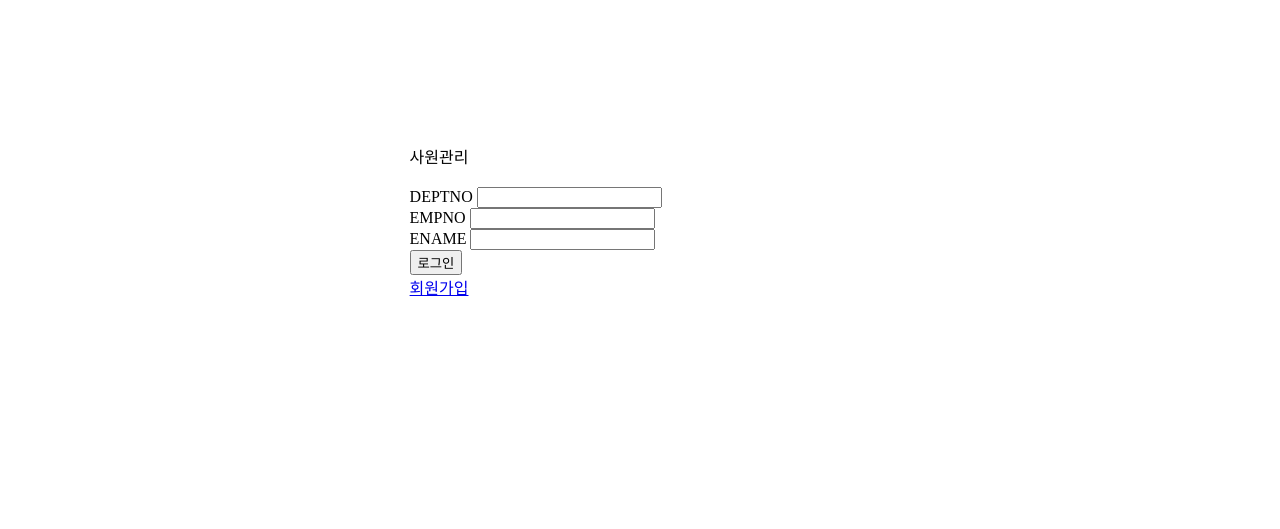
Repository: rmsgh2392/jee-company
Page: http://localhost/company/facade.do
The author's editor kept a copy of each file at every save. The page is drawn from the files as they stood at one save, then again after the next save.
The browser window is 1280 px wide. The pictures show the whole page.
The page is served by Tomcat 9. Other server files are loaded and not shown.

Above is the page before, as saved 2019-10-07 10:14:20.

### company/WebContent/WEB-INF/views/facade/main.jsp
<%@ page language="java" contentType="text/html; charset=UTF-8"
    pageEncoding="UTF-8"%>
<%@taglib prefix="e" uri="http://java.sun.com/jsp/jstl/core"%>
<jsp:include page="../common/head.jsp"/>
<div class="container">
<div></div> <div>사원관리</div> <div></div>
<div></div>
<div class="content">
<e:choose>
	<e:when test="${page eq 'login'}">
		<jsp:include page="login.jsp"/>
	</e:when>
	<e:when test="${page eq 'join'}">
		<jsp:include page="join.jsp"/>
	</e:when>
	<e:when test="${page eq 'mypage'}">
		<jsp:include page="mypage.jsp"/>
	</e:when>
</e:choose>
</div>
<div></div>
<div></div>
<div></div>
<div></div>
</div>
<jsp:include page="../common/foot.jsp"/>
<script>
app.init('${ctx}');
</script>

### company/WebContent/WEB-INF/views/common/head.jsp
<%@ page language="java" contentType="text/html; charset=UTF-8"
    pageEncoding="UTF-8"%>
<!DOCTYPE html>
<html>
<head>
<meta charset="UTF-8">
<title>Insert title here</title>
<script src="${js}/jquery.js"></script>
<link rel="stylesheet" type="text/css" href="${css}/style.css"/></link>
<script src="${js}/app.js"></script>
</head>
<body>
<div class="wrapper">
<div></div> <div></div> <div></div>
<div></div>

### company/WebContent/WEB-INF/views/facade/login.jsp
<%@ page language="java" contentType="text/html; charset=UTF-8"
    pageEncoding="UTF-8"%>
<div></div><div></div>
<div></div><div></div>
<div>
<form id="login_form">
	<div id="login_tab">
		<div id="login_tab_item_1">
			DEPTNO <input id="deptname" class="login_text" type="text" name="deptNo"/>
		</div>
		<div id="login_tab_item_2">
			EMPNO <input id="username" class="login_text" type="text" name="empNo"/>
		</div>
		<div id="login_tab_item_3">
			ENAME <input id="userpw" class="login_text" type="text" name="ename"/>
		</div>
		<div id="login_tab_item_4">
			<input id="login_btn" type="button" value="로그인"/>
		</div>
		<div id="login_tab_item_5">
			<a id="a_join" href="#">회원가입</a>
		</div>
		<input type="hidden" name="action" value="login"/>
		<input type="hidden" name="page" value="mypage"/>
	</div>
</form>
</div>
<script>
app.init('${ctx}');
</script>

### company/WebContent/WEB-INF/views/common/foot.jsp
<%@ page language="java" contentType="text/html; charset=UTF-8"
    pageEncoding="UTF-8"%>
<div></div> <div></div> <div></div>
<div></div>
</body>
</html>

### company/src/com/company/web/controllers/FacadeController.java
package com.company.web.controllers;

import java.io.IOException;
import javax.servlet.ServletException;
import javax.servlet.annotation.WebServlet;
import javax.servlet.http.HttpServlet;
import javax.servlet.http.HttpServletRequest;
import javax.servlet.http.HttpServletResponse;

import com.company.web.pool.Constants;

@WebServlet("/facade.do")
public class FacadeController extends HttpServlet {
	private static final long serialVersionUID = 1L;

	enum Resources{
		CTX, CSS, JS
	}
	protected void doGet(HttpServletRequest request, HttpServletResponse response) throws ServletException, IOException {
		for(Resources r : Resources.values()) {
			if(r.toString().toLowerCase().equals("ctx")) {
				request.getSession().setAttribute(r.toString().toLowerCase(), request.getContextPath());
			}else {
				request.getSession().setAttribute(r.toString().toLowerCase(), request.getContextPath() + "/resources/" + r.toString().toLowerCase());

			}

		}
		if(request.getParameter("page")==null) {
			request.setAttribute("page", "login");
		}else {
			request.setAttribute("page", request.getParameter("page"));
		}
		request.getRequestDispatcher
		(String.format(Constants.DOUBLE_PATH
				,request.getServletPath().substring(1,request.getServletPath().indexOf(".")),"main"))
		.forward(request, response);

	}

}

### company/WebContent/resources/css/style.css
@charset "UTF-8";
html, body{
	margin: 0;
	height: 100%;
	overflow: hidden;
}
.wrapper{
	display : grid;
	width: 100%;
	height:100%;
	grid-template-columns: 20% 60% 20%;
	grid-template-rows: 20% 60% 20%;
}
.container{
	display : grid;
	width: 100%;
	height:100%;
	grid-template-columns: 20% 60% 20%;
	grid-template-rows : 10% 60% 10%;
}

### company/WebContent/resources/js/app.js
var app = (()=>{
	return {
		init : (ctx)=>{
			employeeService.login(ctx);
			employeeService.join(ctx);
			employeeService.moveJoin(ctx);

		}

	};

})();

var player = (()=>{
	var _empNo,_ename,_job,_mgr,_hireDate,_sal,_comm,_deptNo;

	var setDeptNo = (deptNo)=>{this.deptNo = deptNo;}
	var setEmpNo = (empNo)=>{this.empNo = empNo;}
	var setEname = (ename)=>{this.ename = ename;}
	var getDeptNo = ()=>{return this._deptNo;}
	var getEmpNo = ()=>{return this. _empNo;}
	var getEname = ()=>{return this._ename;}
	return {
		setDeptNo : setDeptNo,
		setEmpNo  :  setEmpNo ,
		setEname : setEname,
		getDeptNo : getDeptNo,
		getEmpNo : getEmpNo,
		getEname : getEname
	};
})();

var employeeService = (()=>{
	return {
		login : (ctx)=>{
			$('#login_btn').click(()=>{
				if($('#username').val()===''||$('#userpw').val()===''||$('#deptname').val()===''){
					alert('필수값이 없습니다.');
				}else{
					/*alert('입력한 값 아이디'+$('#username').val());*/
					$('#login_form').attr('action',ctx+'/company.do');
					$('#login_form').attr('method','GET');
					$('#login_form').submit();
				}

			});
		},
		join: (ctx)=>{
			$('#join_btn').click(()=>{
				if($('#join_empNo').val()===''||$('#join_ename').val()===''){
					alert('필수값이 없습니다.');
				}else{
					/*alert('입력한 값 아이디'+$('#join_empNo').val());*/
					$('#join_form').attr('action',ctx+'/company.do');
					$('#join_form').attr('method','GET');
					$('#join_form').submit();
				}
			});
		},
		moveJoin : (ctx)=>{
			$('#a_join').click(()=>{

				location.assign(ctx+'/facade.do?page=join')
			});
		},


		search: (ctx)=>{
			$('#find2').click(()=>{
				location.assign(ctx+'/player.do?action=search&page=a_position');
			});

			$('#find4').click(()=>{
				location.assign(ctx+'/player.do?action=search&page=4_find_by_teamid_position');

			});

		}

	};
})();

Loaded but not shown: company/WebContent/resources/js/jquery.js (library)

After the next save:
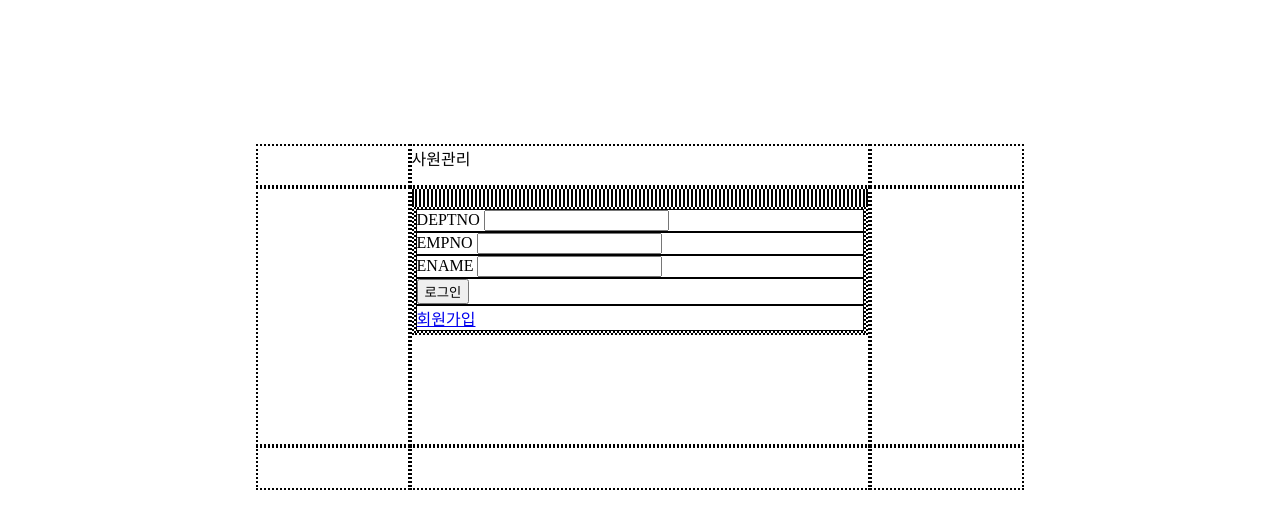
Saved 5 min 50 s later.
--- a/company/WebContent/resources/css/style.css
+++ b/company/WebContent/resources/css/style.css
@@ -18,3 +18,6 @@ html, body{
 	grid-template-columns: 20% 60% 20%;
 	grid-template-rows : 10% 60% 10%;
 }
+.container div{border : 2px dotted black;}
+#login_form{width:100%;height:100%}
+#login_tab div{border : 1px solid black;}
